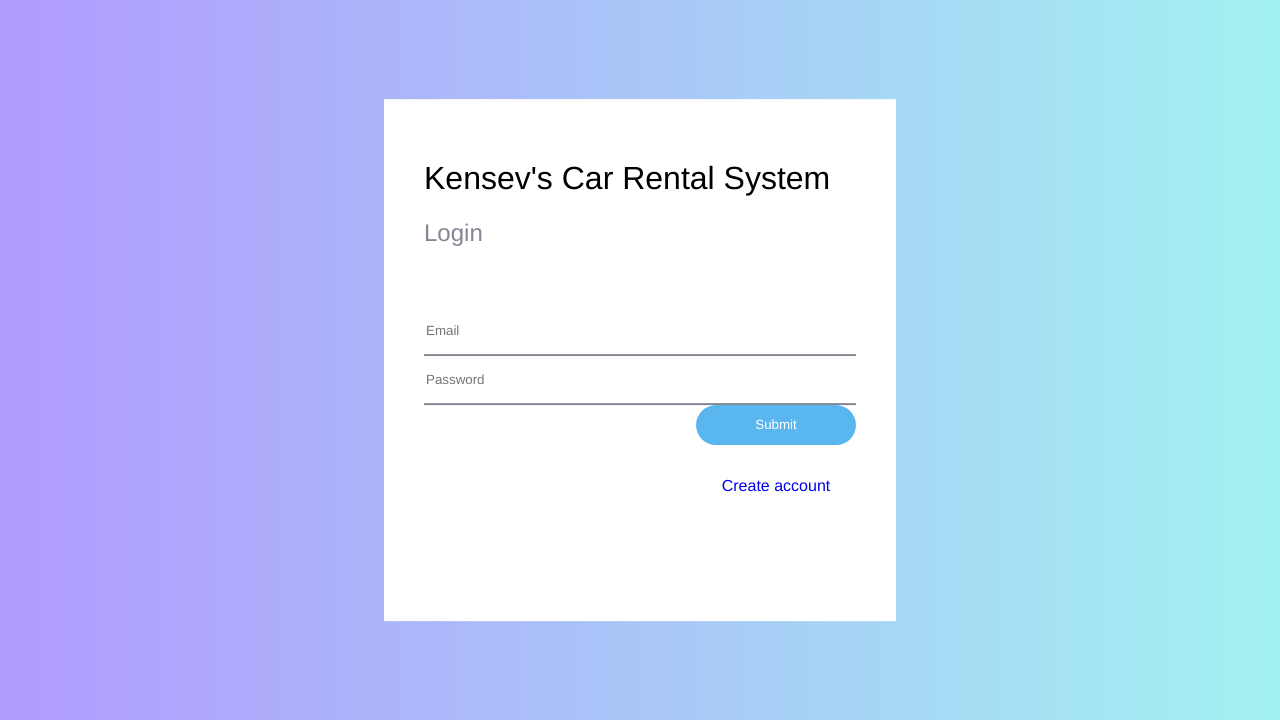
Repository: kensevv/nevexisDemos
Page: http://localhost/Car_Rental_Management_System/login.jsp
An editor plug-in stored every save of this project. The page is shown before and after the next save, followed by the edit.
The browser window is 1280 px wide. The pictures show the whole page.
The page is served by Tomcat 9. Nobody is signed in. The application's start-up code is not run. Other server files are loaded and not shown.

Above is the page before, as saved 2021-03-25 16:07:22.

### Car_Rental_Management_System/src/main/webapp/login.jsp
<%@ page language="java" contentType="text/html; charset=ISO-8859-1"
    pageEncoding="ISO-8859-1"%>

<!DOCTYPE html>
<html lang="en">
<head>
    <meta charset="UTF-8">
    <meta name="viewport" content="width=device-width, initial-scale=1.0">
    <title>Login</title>
</head>
<body>
    <div class="FormBox">
        <div class="inside">

            <h1>Kensev's Car Rental System</h1>
            <h2>Login</h2>

           <form method="get" action="LoginServlet">
                <input class="text" id="email" type="text" name="email" id="email" placeholder="Email" required>
                <input class="text" id="password" type="password" name="password" id="password" placeholder="Password" required>


            <div class="redirect">
                <button id="submit"> Submit </button>
                <a id="link" href="screen 2.html">Create account</a>
            </div>
             </form>
        </div>

        </div>
</body>
<style><%@include file="loginStyle.css"%></style>
</html>

### Car_Rental_Management_System/src/main/webapp/loginStyle.css
body {
    font-size: 16px;
    background: linear-gradient(-100deg, #A2F2F1 0%, #B19AFE 100%);
}

* {
    font-family: Helvetica, sans-serif;
}

div.FormBox{
    position: absolute;
    top: 50%;
    left: 50%;
    margin-right: -50%;
    transform: translate(-50%, -50%);
    background: white;
    max-width: 32rem;
    width: 90%;
}



div.inside {
    padding: 2.5rem;
}

h1 {
    font-weight: normal;
}
h2 {
    font-weight: normal;
    color: #848694;
}

form {
    display: flex;
    flex-direction: column;
    justify-content: space-between;
    padding-top: 2.5rem;
    padding-bottom: 4rem;
}

input.text {
    border: none;
    border-bottom: 2px solid #848694;

    padding-top: 1rem;
    padding-bottom: 1rem;
}

input.text:hover {
    border-bottom: 2px solid #0424c1;
}

div.redirect {
    display: flex;
    flex-direction: column;
    align-items: flex-end;
}

#submit {
    border-radius: 20px;
    border: none;
    background-color: #59b6ee;
    color: white;
    max-width: 10rem;
    width: 100%;
    height: 2.5rem;
}

#link {
    text-decoration: none;
    text-align: center;
    max-width: 10rem;
    width: 100%;
    height: 2.5rem;
    padding-top: 2rem;
}

After the next save:
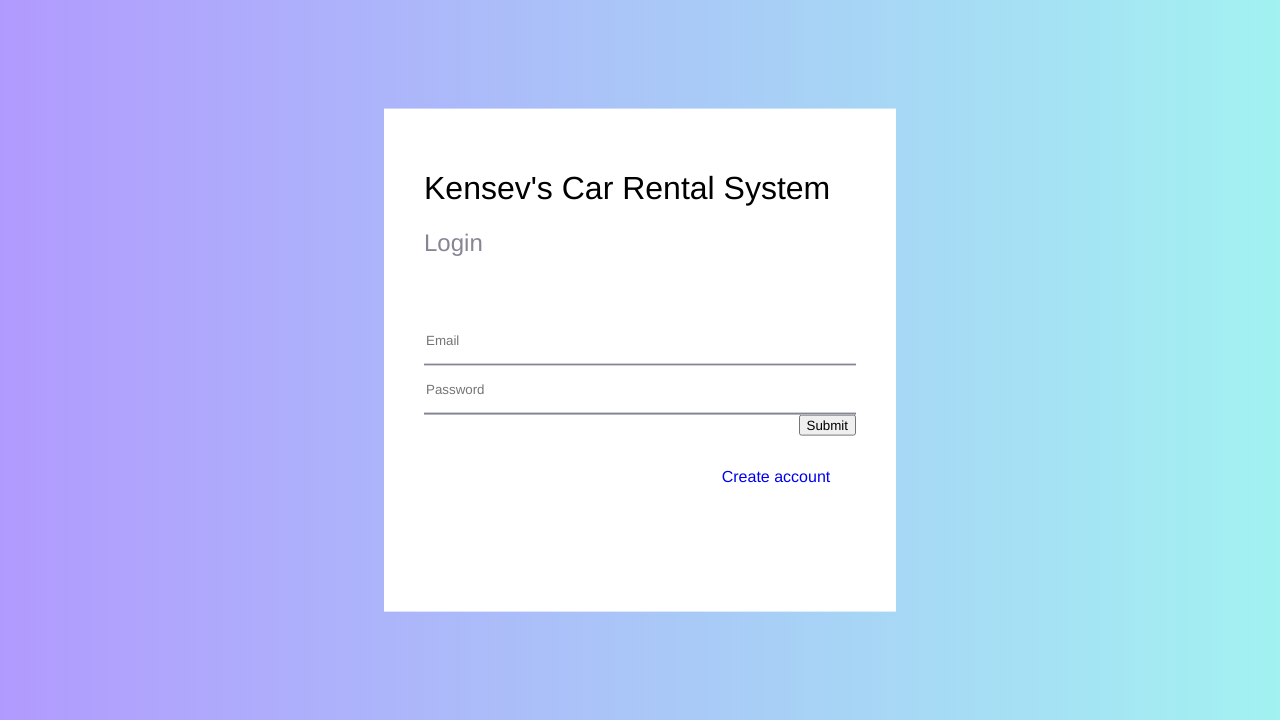
Saved 39 s later.
--- a/Car_Rental_Management_System/src/main/webapp/login.jsp
+++ b/Car_Rental_Management_System/src/main/webapp/login.jsp
@@ -21,7 +21,7 @@
 
 
             <div class="redirect">
-                <button id="submit"> Submit </button>
+                <button type="submit" submit"> Submit </button>
                 <a id="link" href="screen 2.html">Create account</a>
             </div>
              </form>

After the save that followed:
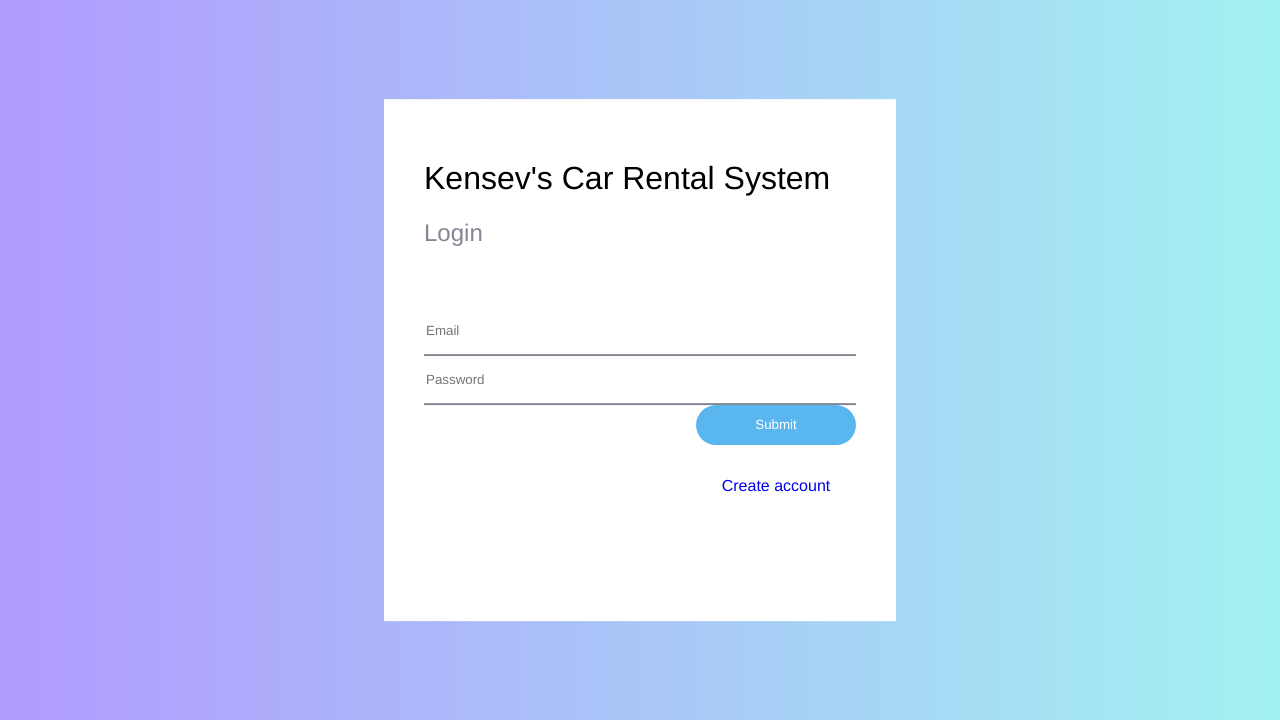
Saved 37 s later.
--- a/Car_Rental_Management_System/src/main/webapp/login.jsp
+++ b/Car_Rental_Management_System/src/main/webapp/login.jsp
@@ -21,7 +21,7 @@
 
 
             <div class="redirect">
-                <button type="submit" submit"> Submit </button>
+                <button type="submit" id="submit"> Submit </button>
                 <a id="link" href="screen 2.html">Create account</a>
             </div>
              </form>
